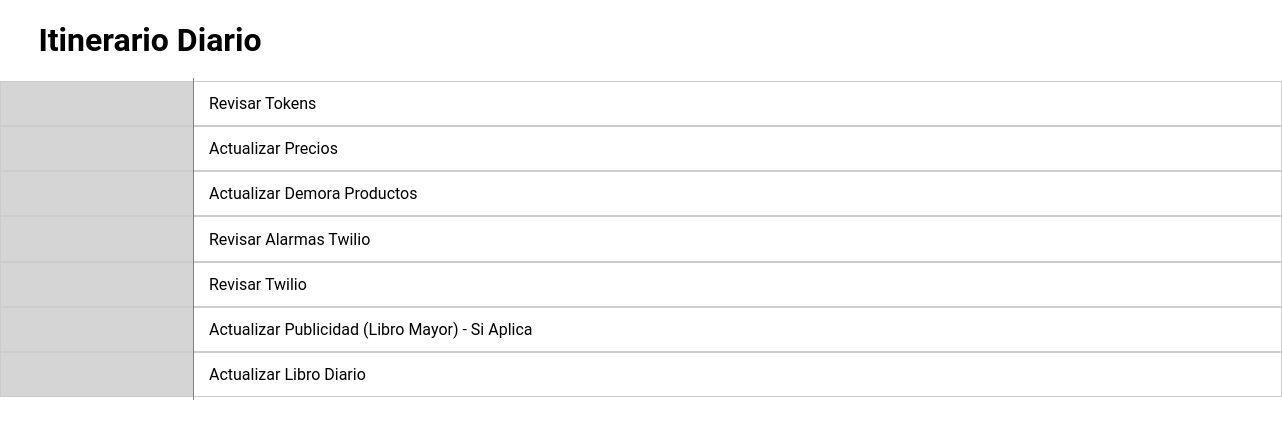
Repository: aCoupon0/intranet
Page: 1/iti-dia.html
The author's editor kept a copy of each file at every save. The page is drawn from the files as they stood at one save, then again after the next save.
The browser window is 1280 px wide. The page is 1282 px wide, so the pictures cover 1282 px, including what lies to the right of the window. The pictures show the whole page.

Above is the page before, as saved 2024-12-11 11:29:31.

After the next save:
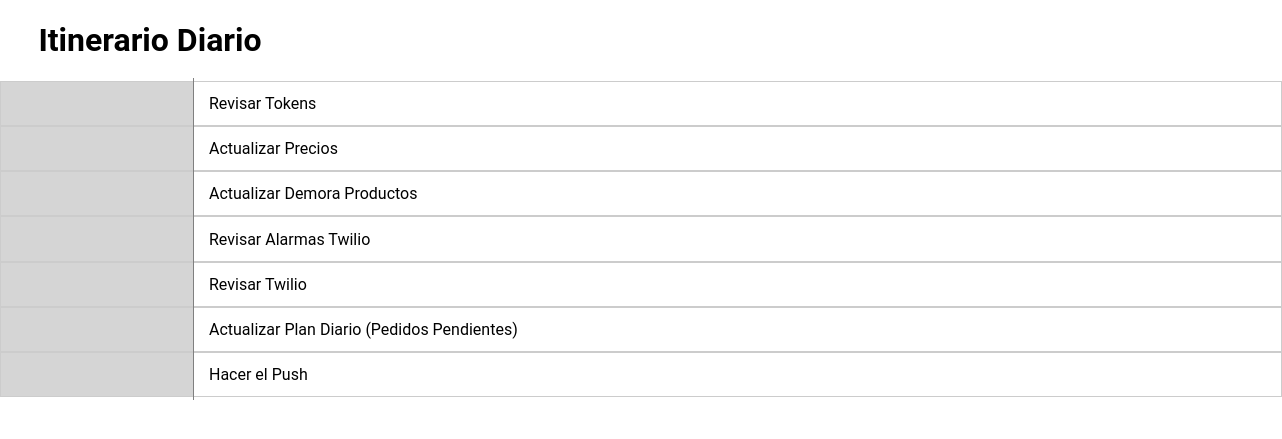
Saved 37 s later.
--- a/1/iti-dia.html
+++ b/1/iti-dia.html
@@ -42,13 +42,13 @@
     <div class="container">
         <div class="checkbox" onclick="toggleCheckbox(this)"></div>
         <div class="text-container">
-            <p>Actualizar Publicidad (Libro Mayor) - Si Aplica</p>
+            <p>Actualizar Plan Diario (Pedidos Pendientes)</p>
         </div>
     </div>
     <div class="container">
         <div class="checkbox" onclick="toggleCheckbox(this)"></div>
         <div class="text-container">
-            <p>Actualizar Libro Diario</p>
+            <p>Hacer el Push</p>
         </div>
     </div>
 
